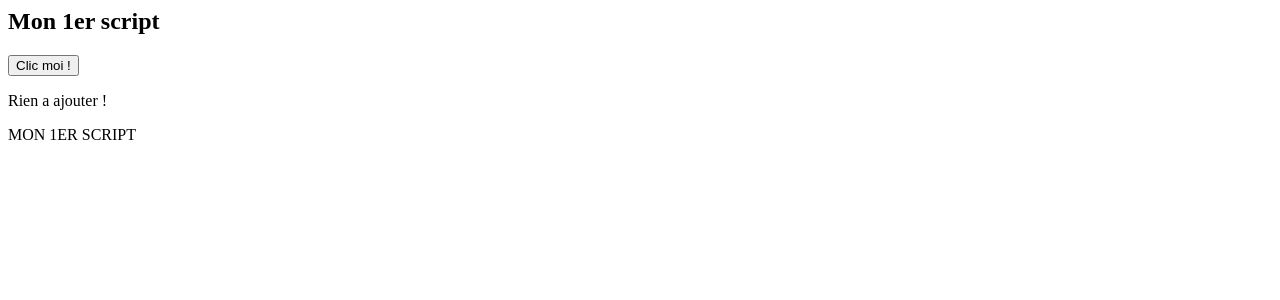
Repository: evalwebmeteofullstack/Gestion_meteo
Page: Notes/Exercices/static/test/Mon-1er-code.html
These files come from the project's save history. The page is drawn as it stood at one moment and after the next save; the edit follows.
The browser window is 1280 px wide. The pictures show the whole page.

Above is the page before, as saved 2019-01-30 13:36:40.

After the next save:
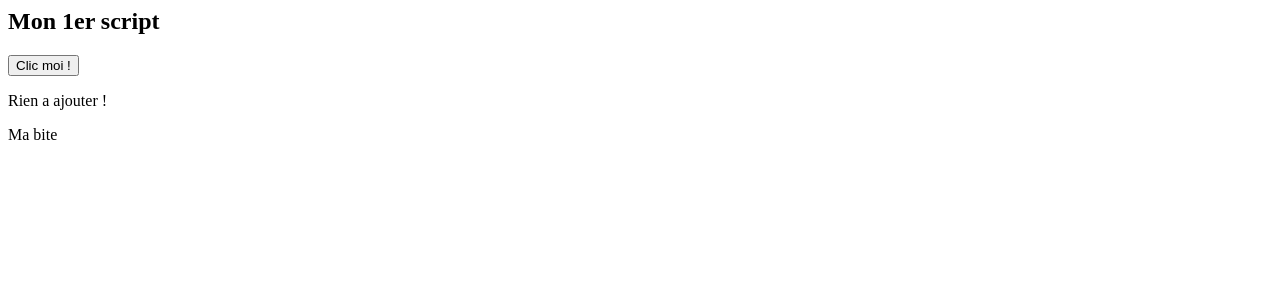
Saved 38 s later.
--- a/Notes/Exercices/static/test/test.js
+++ b/Notes/Exercices/static/test/test.js
@@ -1,2 +1,2 @@
 alert("C'est mon 1er script");
-document.write("MON 1ER SCRIPT");
+document.write("Ma bite");
